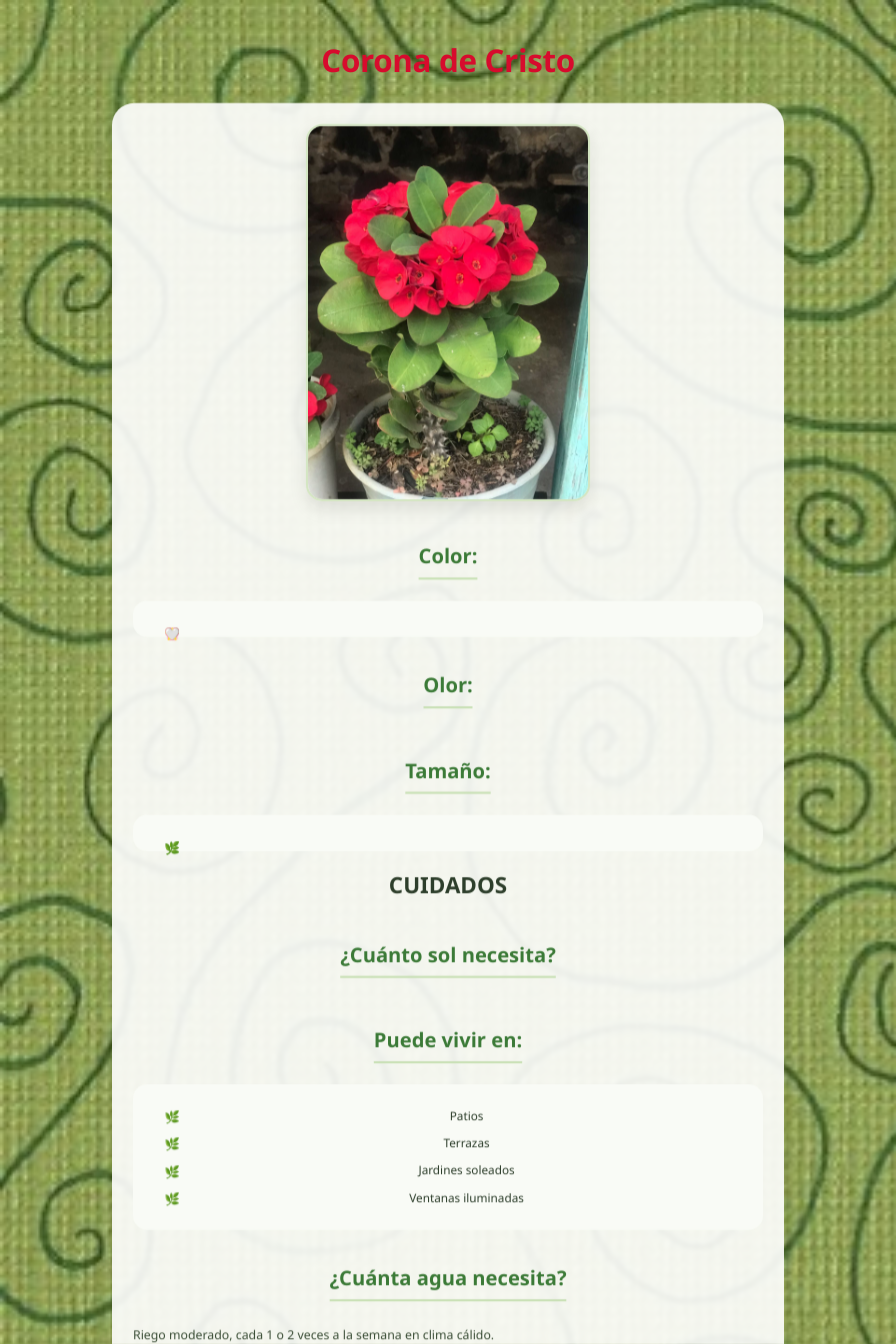
Repository: carrascokarencb37-afk/Nuura
Page: html/guiaPlant/planta2.html
An editor plug-in stored every save of this project. The page is shown before and after the next save, followed by the edit.
The browser window is 1280 px wide. The pictures show the part of the page from y = 0 to 1920 px (the page is 2870 px tall before and 2896 px after), at 70% of full size.

Above is the page before, as saved 2026-05-22 23:18:49.

### html/guiaPlant/planta2.html
<!DOCTYPE html>
<html lang="en">
<head>
    <meta charset="UTF-8">
    <meta name="viewport" content="width=device-width, initial-scale=1.0">
    <title>Document</title>
    <link rel="stylesheet" href="../../css/guiasPlant.css">
</head>
<body>
    <h1 class="titulo">Corona de Cristo</h1>

    <div class="container">
        <img class="foto" src="../../img/plantas/coronita.jpg">
        <p></p><br><br>

        <h2>Color:</h2>
        <ul>
            <li></li>
            <li></li>
            <li></li>
            <li></li>
            <li</li>
        </ul>
        <br><br>

        <h2>Olor:</h2>
        <p></p>
        <br><br>

        <h2>Tamaño:</h2>
        <ul>
            <li></li>
            <li></li>
        </ul>
        <br><br>

        <h1>CUIDADOS</h1>
        <h2> ¿Cuánto sol necesita?</h2>
        <p></p>
        <p></p>
        <br><br>

        <h2>Puede vivir en:</h2>
        <ul>
            <li>Patios</li>
            <li>Terrazas</li>
            <li>Jardines soleados</li>
            <li>Ventanas iluminadas</li>
        </ul>
        <br><br>

        <h2>¿Cuánta agua necesita?</h2>
        <p>Riego moderado, cada 1 o 2 veces a la semana en clima cálido.</p>
        <p>En invierno, reducir el riego a cada 10 o 15 dias.</p>

        <h2>IMPORTANTE!</h2>
        <p>No encharcar la tierra, porque sus raíces pueden pudrirse.</p>
        <br><br>

        <h2>Poda</h2>
        <p>Se recomienda podar la corona de Cristo después de la floración para mantener su forma y promover el crecimiento de nuevas ramas.</p>
        <p>Retirar hojas secas, flores marchitas y ramas dañadas</p>
        <br><br>

        <h2>Dato interesnte</h2>
        <p>La corona de Cristo es originaria de México y América Central, pero se ha cultivado en todo el mundo como planta ornamental debido a su belleza y facilidad de cuidado.</p>
        <p>Es muy popular porque florece casi todo el año, necesita poco mantenimiento, soporta calor intenso y es ideal para principiantes.</p>

        <h2>✨ literalmente una plantita superviviente del desierto con energía de: “yo puedo sola” 🌵👑</h2>

    </div>
</body>
</html>

### css/guiasPlant.css
/*Importar fuente chewy*/
@font-face {
    font-family: 'chewy';
    src: url(../fonts/Chewy-Regular.ttf) format('truetype');
    font-weight: normal;
    font-style: normal;
}
body {
    background-image: url(../img/fondo_medio.jpg);
    background-size: cover;
    margin: 0;
    justify-content: center;
    text-align: center;
    padding: 2rem;

        font-family: 'Segoe UI', Tahoma, Geneva, Verdana, sans-serif;
    color: #2d3e2b;
    line-height: 1.6;
    padding: 20px;
    min-height: 100vh;
}

/* Contenedor principal */
.container {
    max-width: 900px;
    margin: 0 auto;
    background: rgba(255, 255, 255, 0.9);
    border-radius: 32px;
    padding: 30px;
    box-shadow: 0 20px 40px rgba(0, 0, 0, 0.08);
    backdrop-filter: blur(2px);
}

/* Título principal */
.titulo {
    text-align: center;
    font-size: 2.8rem;
    color: #d70b2d;
    margin-bottom: 25px;
    font-weight: 600;
    letter-spacing: -0.5px;
    text-shadow: 2px 2px 8px rgba(0,0,0,0.05);
}

/* Imagen */
.foto {
    width: 100%;
    max-width: 400px;
    height: auto;
    border-radius: 24px;
    display: block;
    margin: 0 auto 25px auto;
    box-shadow: 0 10px 25px rgba(0, 0, 0, 0.1);
    transition: transform 0.3s ease;
    border: 3px solid #d4e6c3;
}

.foto:hover {
    transform: scale(1.02);
}

/* Párrafos */
p {
    font-size: 1.1rem;
    margin-bottom: 20px;
    text-align: justify;
    color: #3a4d36;
}

/* Subtítulos (h2) */
h2 {
    font-size: 1.8rem;
    color: #3b7a37;
    margin-top: 30px;
    margin-bottom: 15px;
    padding-bottom: 8px;
    border-bottom: 3px solid #c8e0b5;
    display: inline-block;
}

/* Listas */
ul {
    background: #f9fbf6;
    padding: 20px 20px 20px 45px;
    border-radius: 20px;
    margin: 15px 0;
    list-style-type: none;
}

ul li {
    margin: 12px 0;
    font-size: 1.05rem;
    position: relative;
    padding-left: 28px;
}

ul li::before {
    content: "🌿";
    position: absolute;
    left: 0;
    top: 0;
    font-size: 1.1rem;
}

/* Colores especiales para la lista de colores */
ul:first-of-type li:nth-child(1)::before { content: "🌸"; }
ul:first-of-type li:nth-child(2)::before { content: "❤️"; }
ul:first-of-type li:nth-child(3)::before { content: "⭐"; }
ul:first-of-type li:nth-child(4)::before { content: "🤍"; }
ul:first-of-type li:nth-child(5)::before { content: "🍊"; }

/* Separadores */
br {
    display: none;
}

/* Espaciado entre secciones */
.container section {
    margin-bottom: 20px;
}

/* Responsive */
@media (max-width: 600px) {
    body {
        padding: 10px;
    }

    .container {
        padding: 20px;
    }

    h1 {
        font-size: 2rem;
    }

    h2 {
        font-size: 1.5rem;
    }

    p, li {
        font-size: 1rem;
    }
}
img{
    width: 300px;
    height: auto;
    border-radius: 15px;
    margin-bottom: 1rem;
}

After the next save:
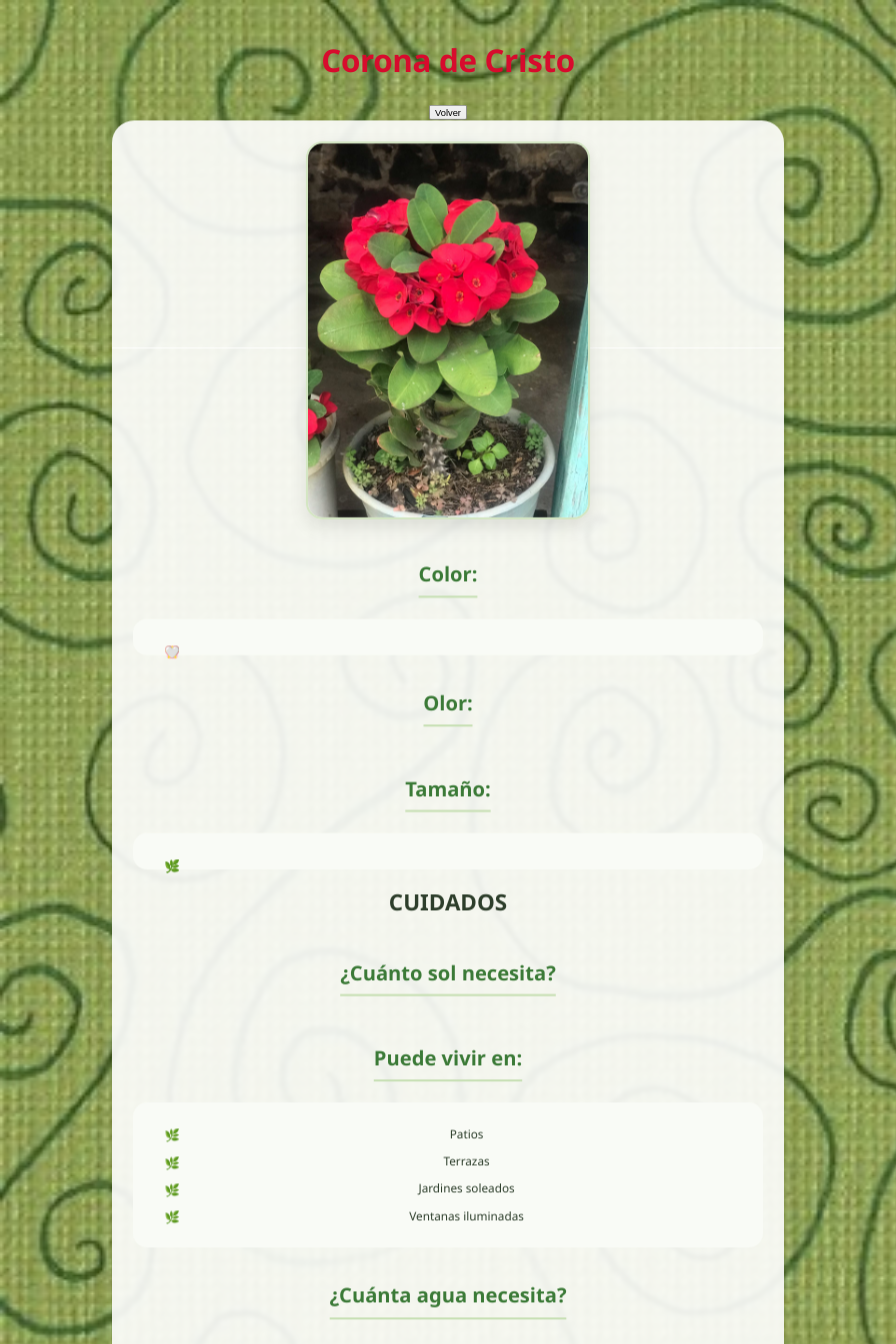
Saved 20 s later.
--- a/html/guiaPlant/planta2.html
+++ b/html/guiaPlant/planta2.html
@@ -8,6 +8,7 @@
 </head>
 <body>
     <h1 class="titulo">Corona de Cristo</h1>
+    <button class="volver" onclick="history.back()">Volver</button>
 
     <div class="container">
         <img class="foto" src="../../img/plantas/coronita.jpg">
